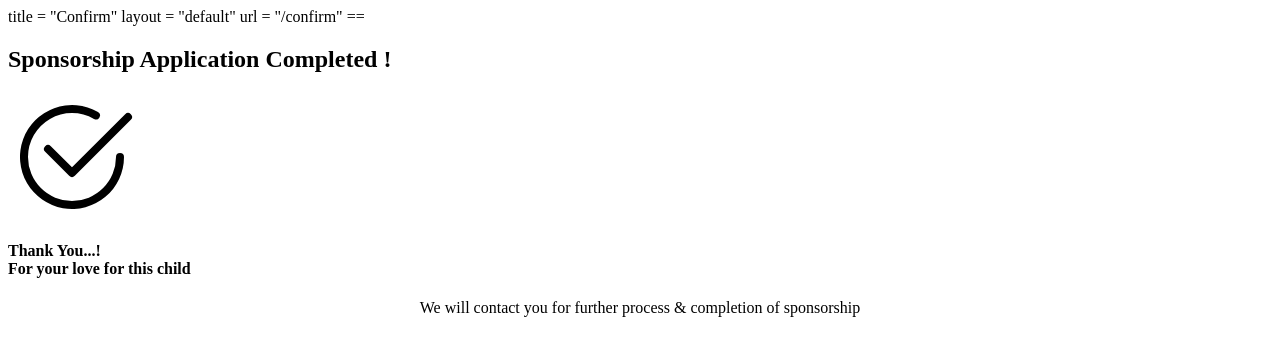
Repository: Thulaa123/sponsorchild
Page: themes/sponsor-child-theme/pages/confirmation.htm
The author's editor kept a copy of each file at every save. The page is drawn from the files as they stood at one save, then again after the next save.
The browser window is 1280 px wide. The pictures show the whole page.

Above is the page before, as saved 2022-07-14 15:18:13.

After the next save:
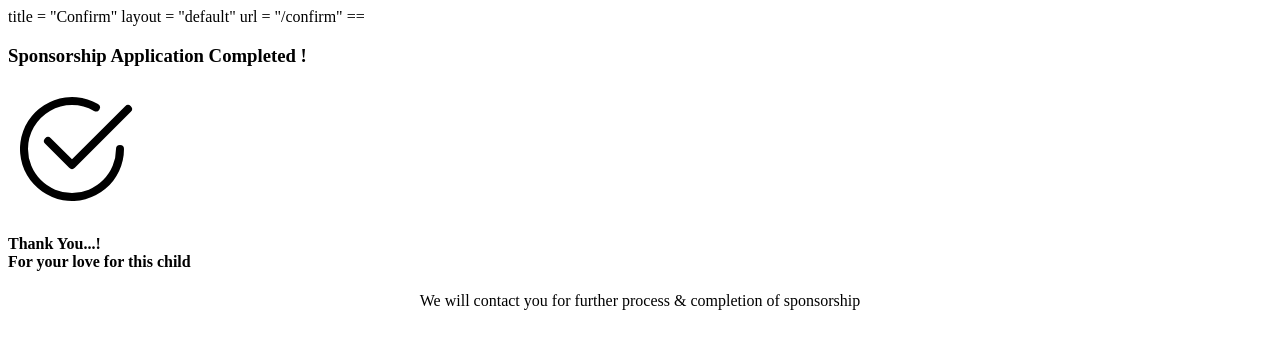
Saved 9 s later.
--- a/themes/sponsor-child-theme/pages/confirmation.htm
+++ b/themes/sponsor-child-theme/pages/confirmation.htm
@@ -10,7 +10,7 @@ url = "/confirm"
         <div class="row justify-content-center">
             <div class="col-lg-12">
                 <div class="wpo-section-title justify-content-center">
-                    <h2>Sponsorship Application Completed !</h2>
+                    <h3>Sponsorship Application Completed !</h3>
                     <div class="large-icon text-success">
                         <svg xmlns="http://www.w3.org/2000/svg" width="10vw" height="10vw" fill="currentColor" class="bi bi-check2-circle" viewBox="0 0 16 16">
                             <path d="M2.5 8a5.5 5.5 0 0 1 8.25-4.764.5.5 0 0 0 .5-.866A6.5 6.5 0 1 0 14.5 8a.5.5 0 0 0-1 0 5.5 5.5 0 1 1-11 0z"/>
